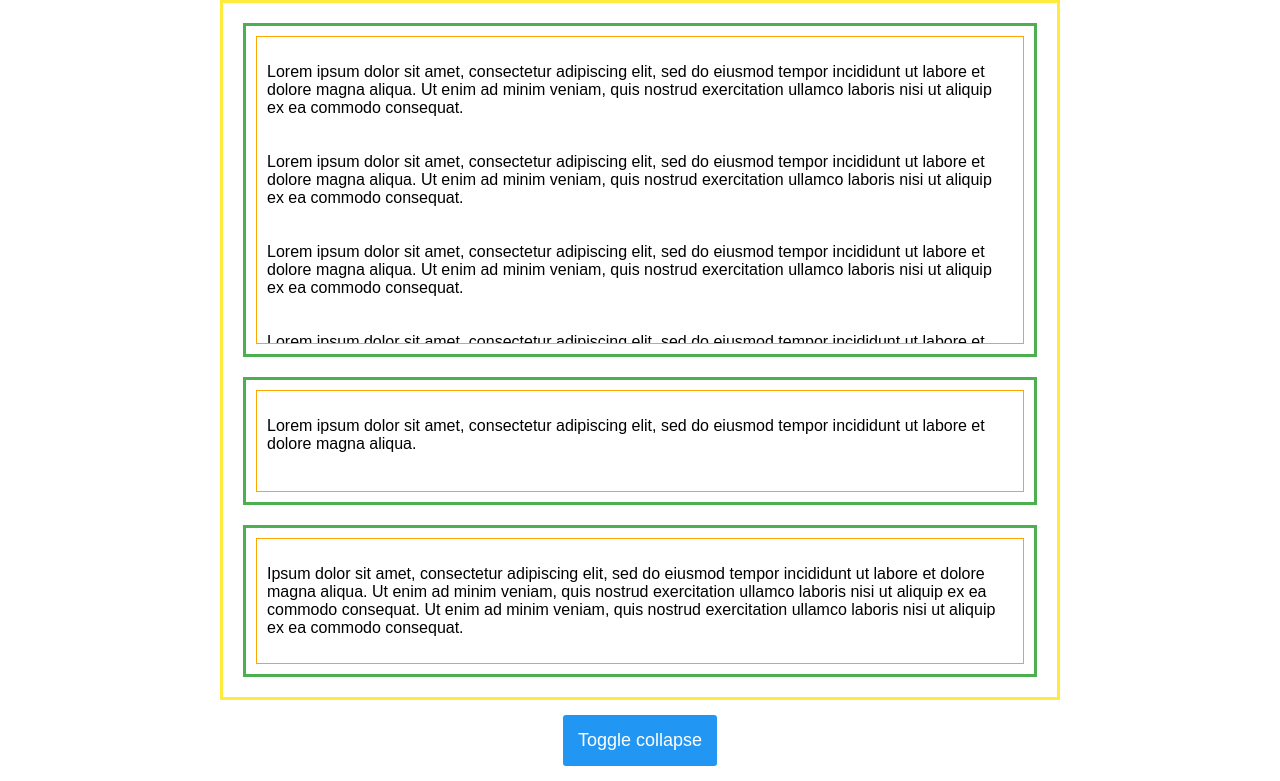
Repository: dsbarnes/groovy-blog
Page: index.html
An editor plug-in stored every save of this project. The page is shown before and after the next save, followed by the edit.
The browser window is 1280 px wide. The pictures show the whole page.
The style sheet was rebuilt from its Sass, Less or Tailwind sources for each picture, by a compiler version that may differ from the author's.

Above is the page before, as saved 2020-05-08 23:43:04.

After the next save:
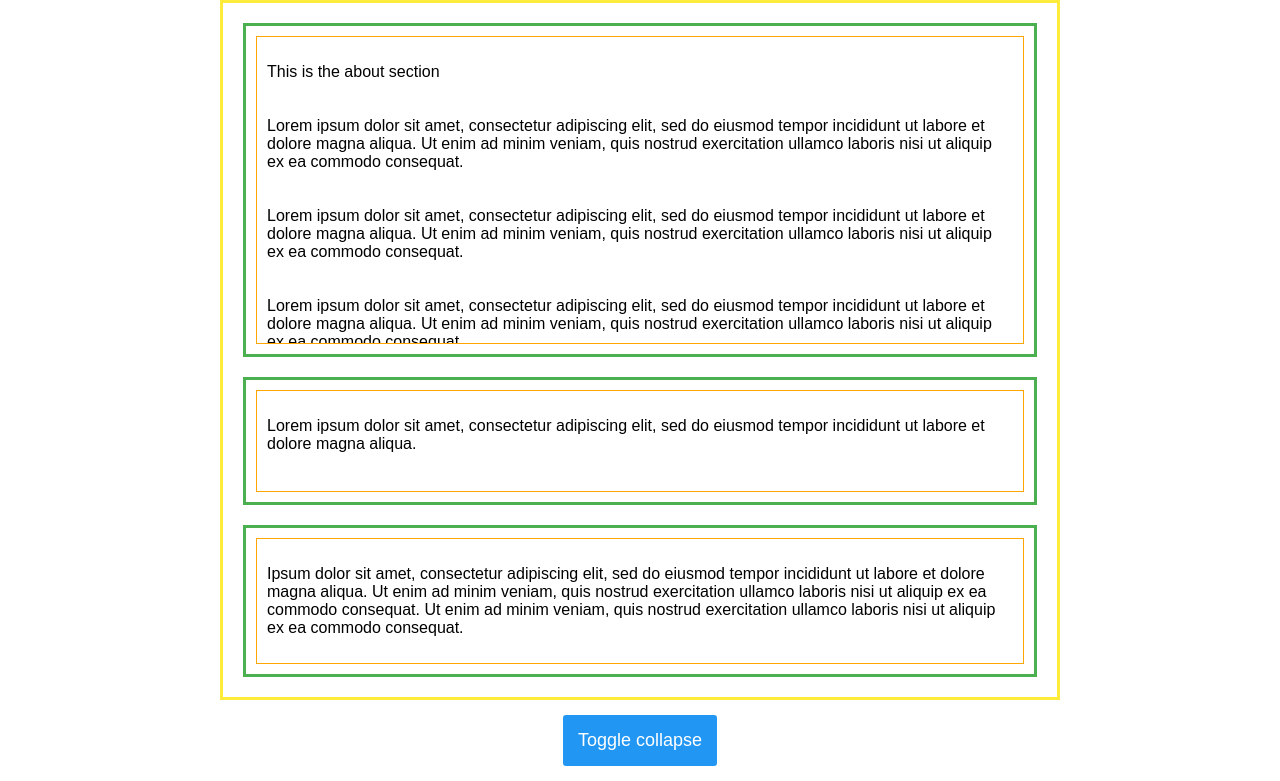
Saved 13 s later.
--- a/index.html
+++ b/index.html
@@ -15,7 +15,7 @@
         <div class="section-one">
             <div class='double-border'>
                 <span id='about-section-text'>
-
+                    <p>This is the about section</p>
                 </span>
 
                 <span id='articles-section-text'>
